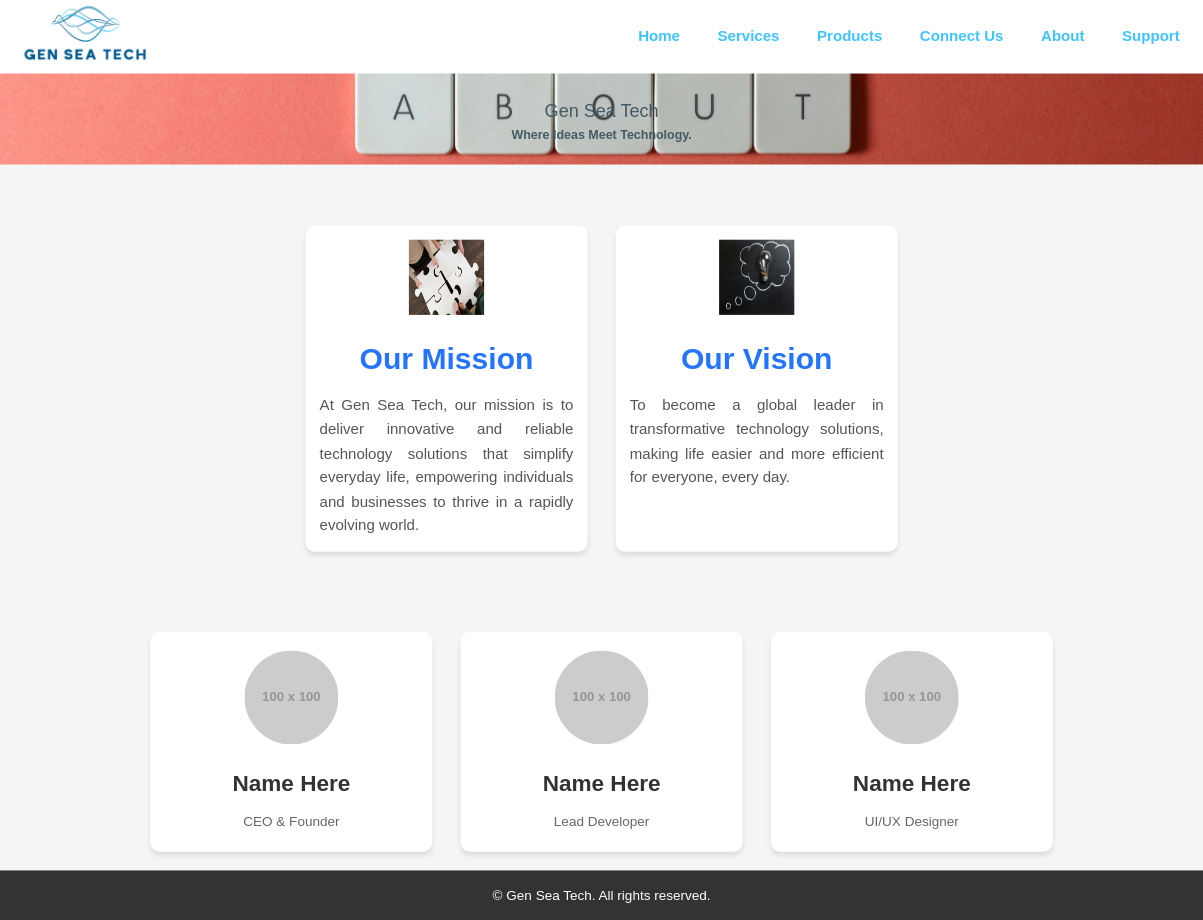
Repository: aniketkhatawkar/Gen_Sea_Tech
Page: http://localhost/GenSeaTech/about.jsp
An editor plug-in stored every save of this project. The page is shown before and after the next save, followed by the edit.
The browser window is 1280 px wide. The pictures show the whole page, at 94% of full size.
The page is served by Tomcat 10.

Above is the page before, as saved 2024-12-14 12:05:32.

After the next save:
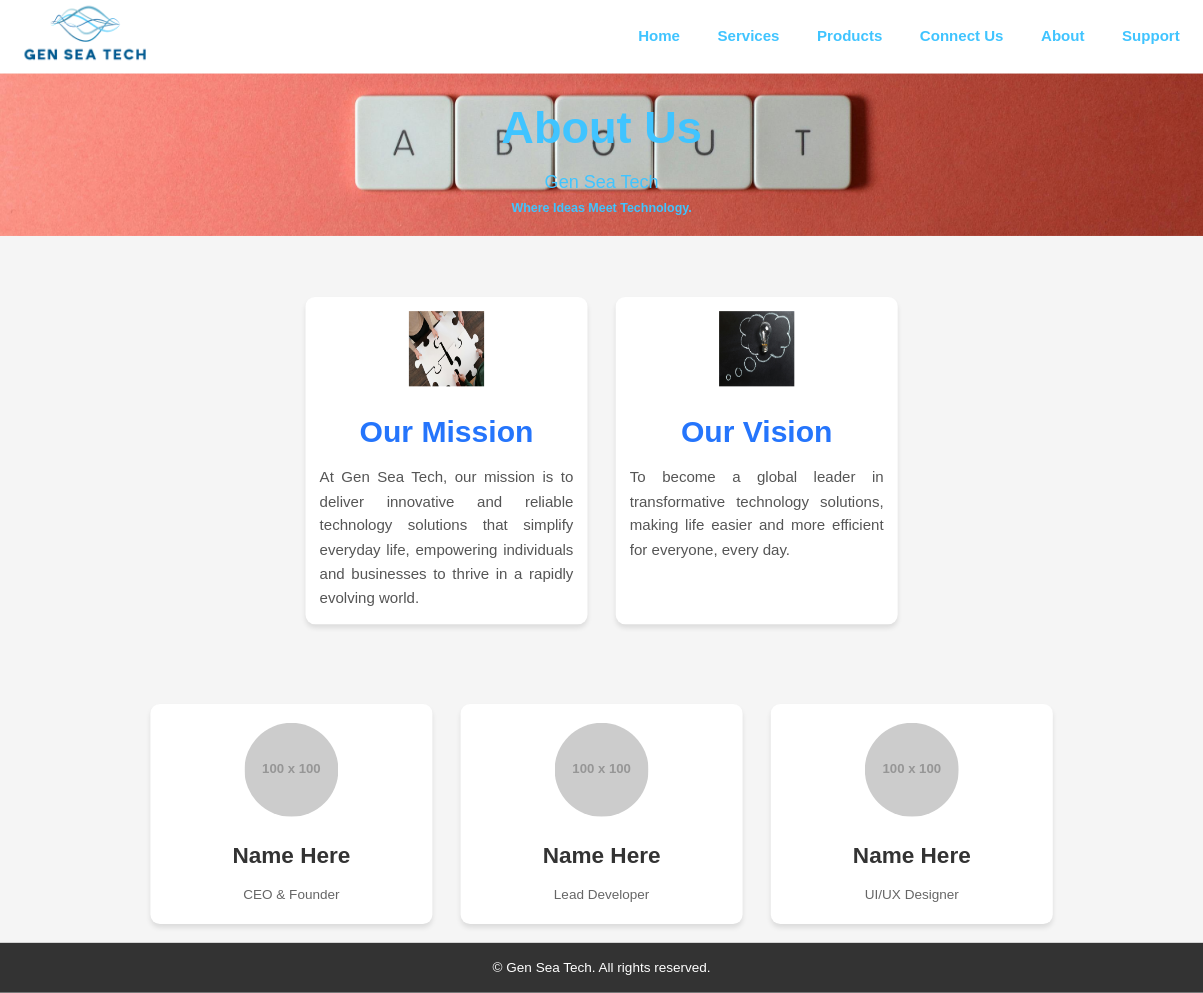
Saved 38 s later.
--- a/GenSeaTech/src/main/webapp/about.jsp
+++ b/GenSeaTech/src/main/webapp/about.jsp
@@ -23,7 +23,8 @@
 	    background:  url("assets/about.jpg") no-repeat center center;
 	    background-size: cover;
 	    object-fit: cover;
-		color: #455a64;
+		color: #40c4ff;
+		heigth:300px;
 	    padding: 20px 10px;
 	    text-align: center;
 	}
@@ -137,7 +138,7 @@
 	<%@ include file="navbar.jsp" %>
 
     <header>
-        <h1> </h1>
+        <h1>About Us</h1>
         <p>Gen Sea Tech</p>
         <h5>Where Ideas Meet Technology.</h5>
     </header>
